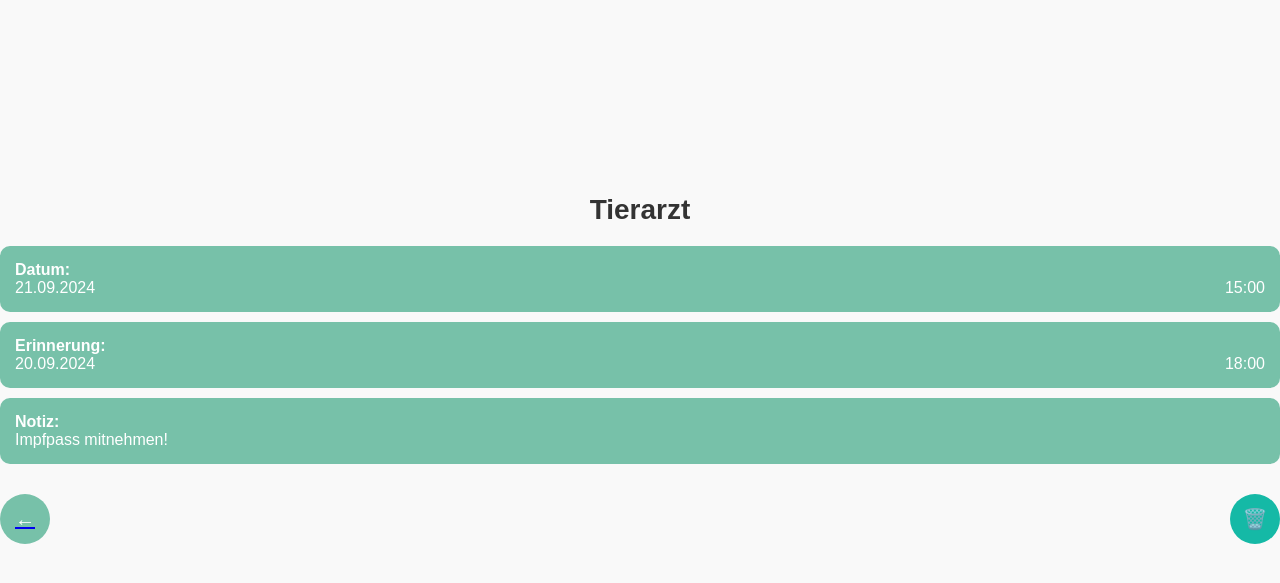
Repository: jakemoes/Pet-Tracker
Page: PWA/apppointmentDetails.html
An editor plug-in stored every save of this project. The page is shown before and after the next save, followed by the edit.
The browser window is 1280 px wide. The pictures show the whole page.

Above is the page before, as saved 2024-12-07 03:41:29.

### PWA/apppointmentDetails.html
<!DOCTYPE html>
<html lang="de">
<head>
    <meta charset="UTF-8">
    <meta name="viewport" content="width=device-width, initial-scale=1.0">
    <link rel="stylesheet" href="appointmentDetails.css">
    <title>Tierarzttermin</title>
</head>
<body>
    <div class="details-container">
        <h1>Tierarzt</h1>

        <div class="entry">
            <div class="detail">
                <p><strong>Datum:</strong></p>
                <p>21.09.2024 <span class="time">15:00</span></p>
            </div>
            <div class="detail">
                <p><strong>Erinnerung:</strong></p>
                <p>20.09.2024 <span class="time">18:00</span></p>
            </div>
            <div class="detail">
                <p><strong>Notiz:</strong></p>
                <p>Impfpass mitnehmen!</p>
            </div>
        </div>

        <div class="button-container">
            <!-- Zurück-Button -->
            <a href="appointment.html" class="back-btn">
                <button type="button"><span>&larr;</span></button>
            </a>

            <!-- Löschen-Button -->
            <button type="button" class="delete-btn" >
                🗑️
            </button>
        </div>
    </div>

</body>
</html>

### PWA/appointmentDetails.css
body {
    font-family: Arial, sans-serif;
    margin: 0;
    padding: 0;
    background-color: #f9f9f9;
    display: flex;
    justify-content: center;
    align-items: center;
    height: 100vh;
}

.details-container {
    width: 100%;
    max-width: none;
    background-color: transparent;
    padding: 0;
    border-radius: 0;
    box-shadow: none;
    text-align: center;
}

h1 {
    font-size: 28px;
    color: #333;
    margin-bottom: 20px;
}

.entry {
    margin-bottom: 30px;
}

.detail {
    background-color: #77c1a9;
    padding: 15px;
    border-radius: 10px;
    margin-bottom: 10px;
    text-align: left;
    color: #ffffff;
}

.detail p {
    margin: 0;
    font-size: 16px;
}

.time {
    float: right;
}

.button-container {
    display: flex;
    justify-content: space-between;
    margin-top: 20px;
}

.back-btn button, .delete-btn {
    width: 50px;
    height: 50px;
    border-radius: 50%;
    border: none;
    background-color: #77c1a9;
    color: white;
    font-size: 20px;
    cursor: pointer;
    display: flex;
    justify-content: center;
    align-items: center;
}

.delete-btn {
    background-color: #15b9a6;
}

.delete-btn img {
    width: 20px;
    height: 20px;
}

.back-btn button:hover {
    background-color: #66b398;
}

.delete-btn:hover {
    background-color: #d32f2f;
}

After the next save:
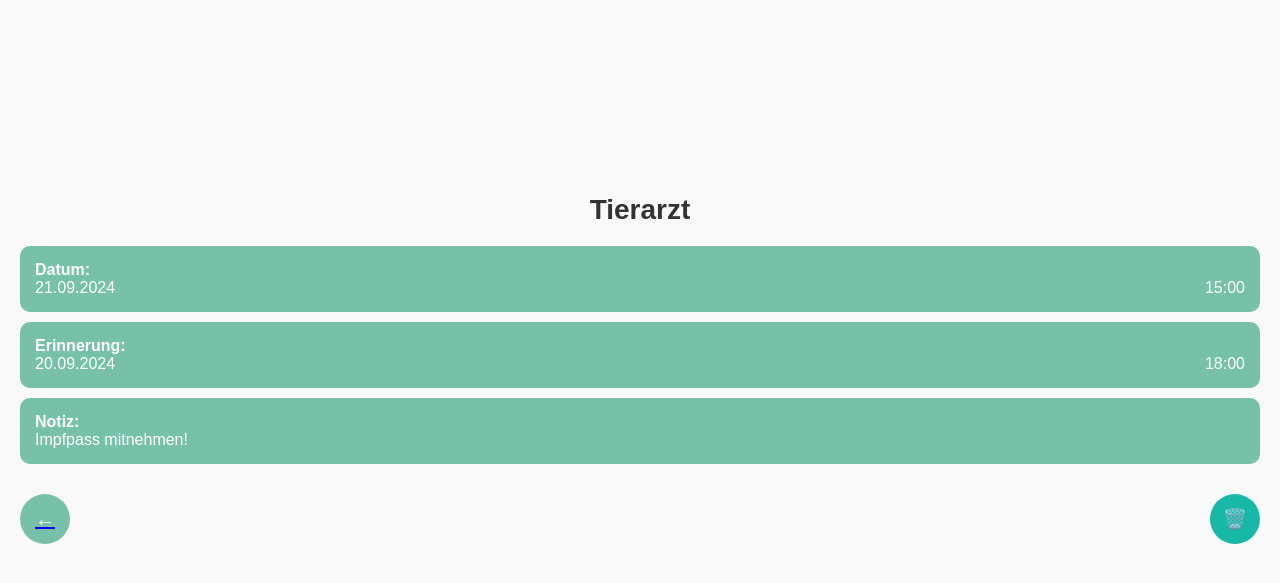
Saved 3 min 33 s later.
--- a/PWA/appointmentDetails.css
+++ b/PWA/appointmentDetails.css
@@ -13,7 +13,7 @@ body {
     width: 100%;
     max-width: none;
     background-color: transparent;
-    padding: 0;
+    padding: 20px;
     border-radius: 0;
     box-shadow: none;
     text-align: center;
